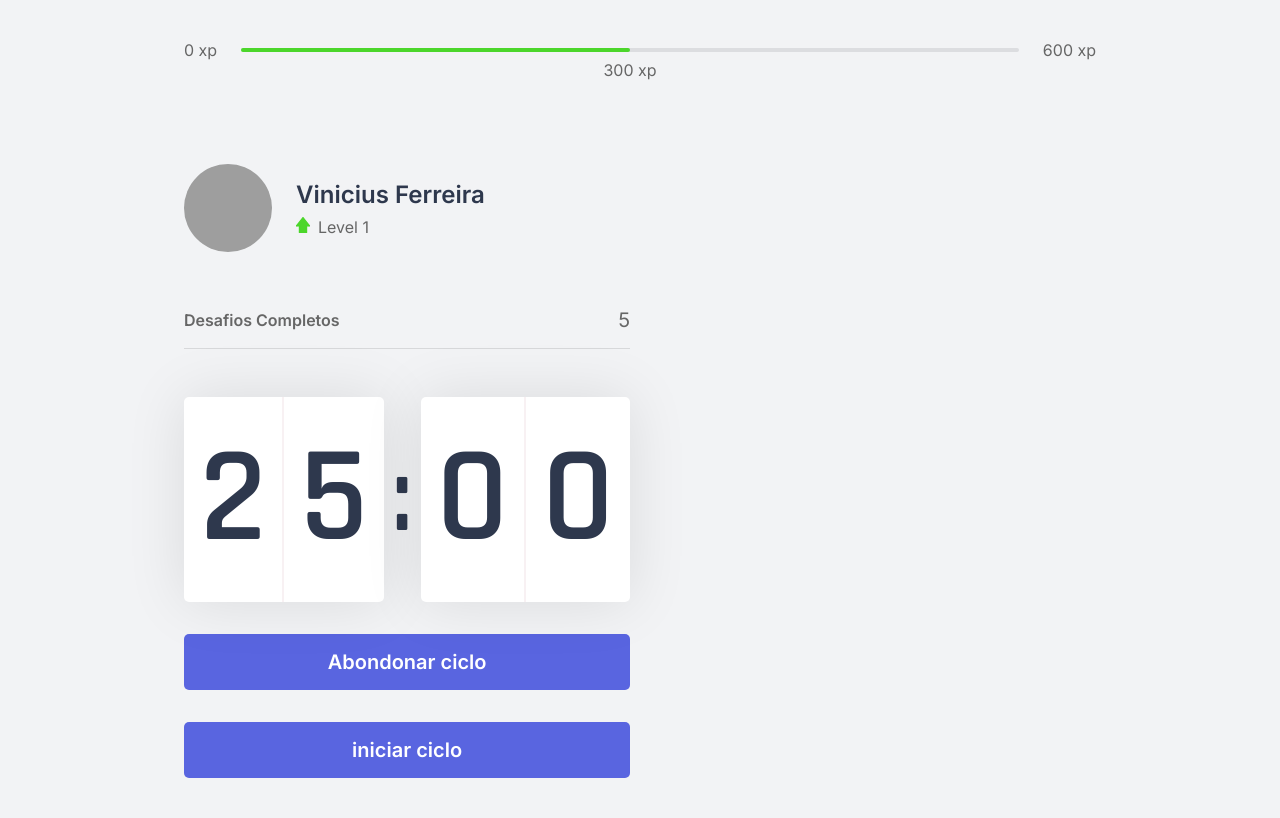
Repository: viniciusfg05/nlwFocus
Page: /
The author's editor kept a copy of each file at every save. The page is drawn from the files as they stood at one save, then again after a run of saves.
The browser window is 1280 px wide. The pictures show the whole page.
Pictures or frames that could not be fetched are drawn as grey boxes. The project was rebuilt for these pictures with package versions that can differ from the ones it lists, and the page was loaded fresh each time. The framework's server and built-in components were replaced by stand-ins that run in the browser.

Above is the page before, as saved 2022-02-28 09:39:02.

After the next 2 saves:
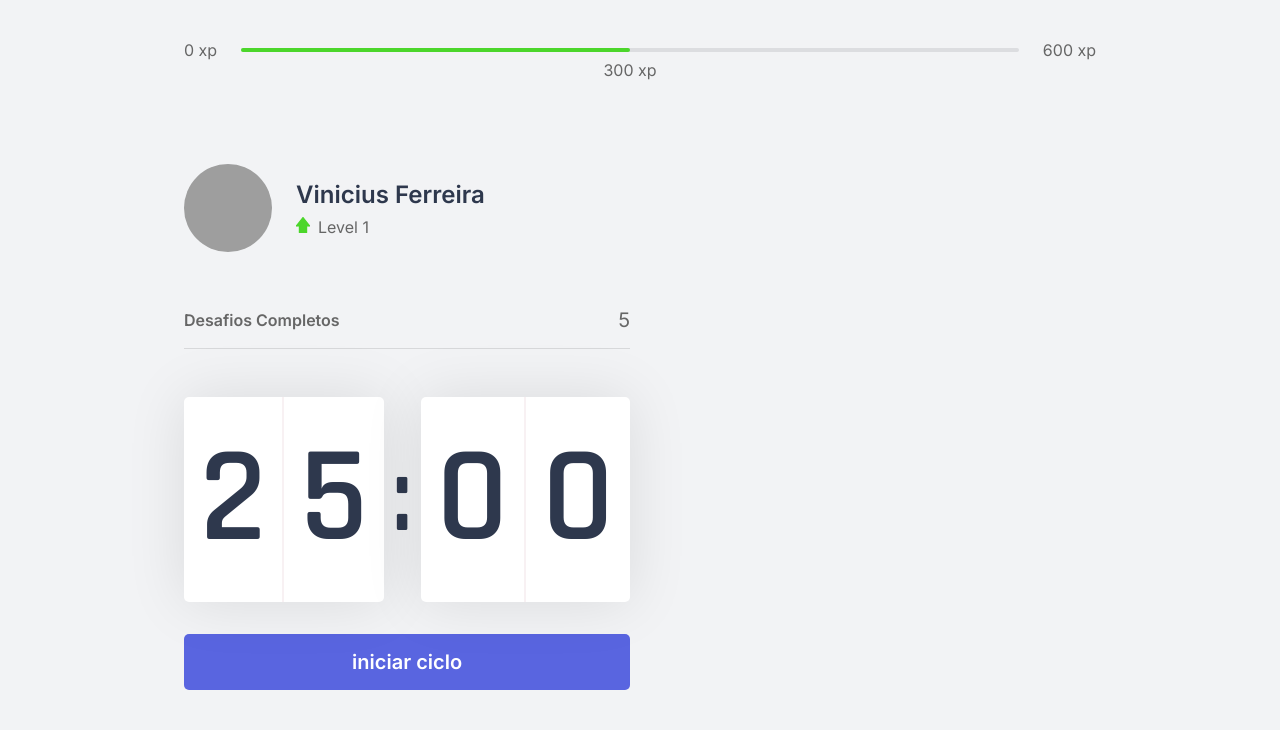
The 2 saves are shown as one change because they came seconds apart.
The last was saved 107 s later.
--- a/src/components/CountDown.tsx
+++ b/src/components/CountDown.tsx
@@ -40,21 +40,27 @@ export function CountDown() {
             </div>
         </div>
 
-        <button
-        type="button"
-        className={styles.CountdownButton}
-        onClick={startCoutDown}
-        >
-            Abondonar ciclo
+        { isActive ? (
+            <button
+            type="button"
+            className={styles.CountdownButton}
+            onClick={startCoutDown}
+            >
+                Abondonar ciclo
+            </button>
+        ) : (
+            <button
+                type="button"
+                className={styles.CountdownButton}
+                onClick={startCoutDown}
+             >
+                iniciar ciclo
         </button>
+        )}
 
-        <button
-        type="button"
-        className={styles.CountdownButton}
-        onClick={startCoutDown}
-        >
-         iniciar ciclo
-        </button>
+
+
+
         </div>
     )
 }
